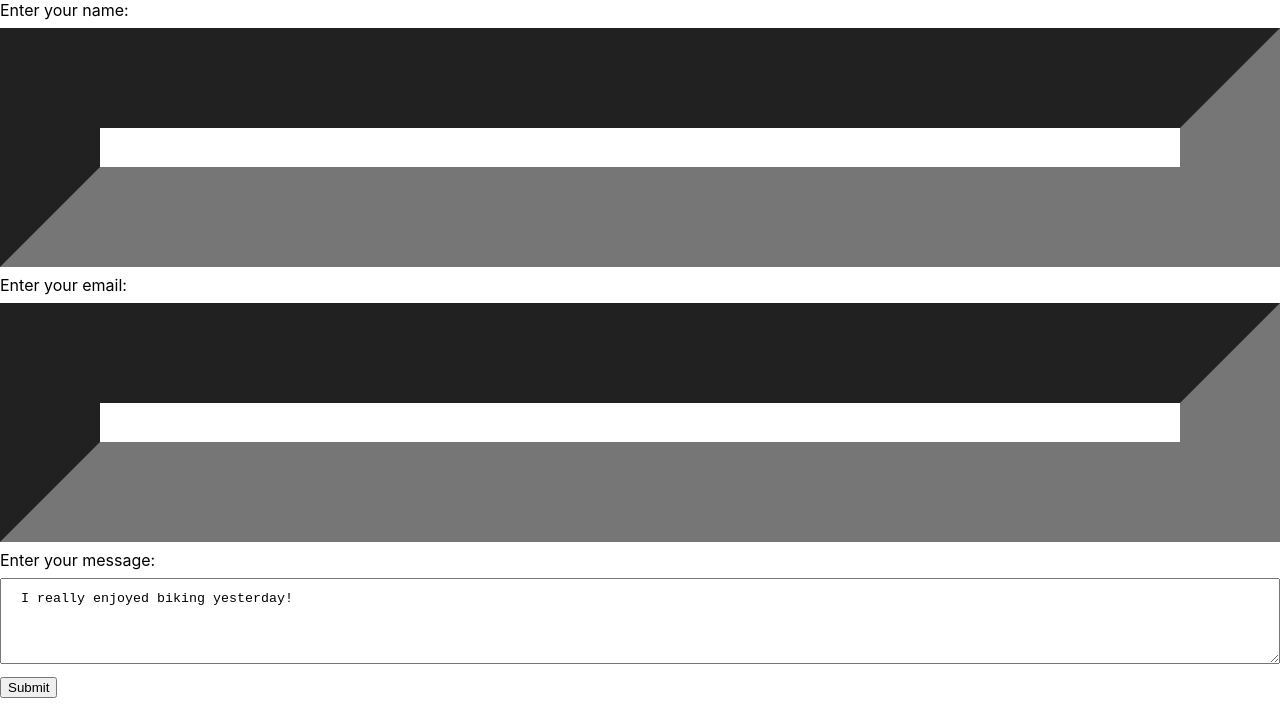
Repository: AddamVictorioDev/ProfileWebsite
Page: /form (app in con/)
These files come from the project's save history. The page is drawn as it stood at one moment and after the next save; the edit follows.
The browser window is 1280 px wide. The pictures show the whole page.
The project was rebuilt for these pictures with package versions that can differ from the ones it lists, and the page was loaded fresh each time. Also part of the build but not shown: con/src/App.css, con/src/home.css, con/src/home.js, con/src/addam.css, con/src/addam.js, con/src/usescripts.js, con/src/projects.js.

Above is the page before, as saved 2023-03-16 18:46:21.

### con/src/index.css
body {
  margin: 0;
  font-family: -apple-system, BlinkMacSystemFont, 'Segoe UI', 'Roboto', 'Oxygen',
    'Ubuntu', 'Cantarell', 'Fira Sans', 'Droid Sans', 'Helvetica Neue',
    sans-serif;
  -webkit-font-smoothing: antialiased;
  -moz-osx-font-smoothing: grayscale;
  /* background-image: url("/Users/addamvictorio/con/src/waterdropwallpp.jpg"); */
  /* background-color: #ffffff; */

}

code {
  font-family: source-code-pro, Menlo, Monaco, Consolas, 'Courier New',
    monospace;
}

### con/src/App.js
import logo from './logo.svg';
import './App.css';
import HomePage from './home';
import Addam from './addam';

import {
  BrowserRouter,
  Routes,
  Route
} from "react-router-dom";
import Projects from './projects';
import MyForm from './form';

function App() {

  return (

    <BrowserRouter>
      <Routes>


      <Route exact path="/" element={<Addam />}  />
      <Route path="projects" element={<Projects />} />
      <Route path="form" element={<MyForm />} />

      </Routes>


  </BrowserRouter>

  );
}

export default App;

### con/src/form.js
import { useState } from 'react';
import ReactDOM from 'react-dom/client';
import './form.css'

function MyForm() {
  const [inputs, setInputs] = useState({});
  const [textarea, setTextarea] = useState(
    "The content of a textarea goes in the value attribute"
  );

  const handleChange = (event) => {
    const name = event.target.name;
    const value = event.target.value;
    setInputs(values => ({...values, [name]: value}))
  }

  const handleSubmit = (event) => {
    event.preventDefault();
    alert(inputs);
  }

  return (
    <div className="center">
    <form onSubmit={handleSubmit}>
      <label>Enter your name:
      <input
        type="text"
        name="username"
        value={inputs.username || ""}
        onChange={handleChange}
      />
      </label>
      <label>Enter your email:
        <input
          type="text"
          name="age"
          value={inputs.age || ""}
          onChange={handleChange}
        />
        </label>
        <label>Enter your message:
        <textarea
        name="postContent"
        defaultValue="I really enjoyed biking yesterday!"
        rows={4}
        cols={40}
      />
        </label>

        <input type="submit" />
    </form>
    </div>
  )
}

export default MyForm;

### con/src/projects.css
.center{
    display: grid;
    justify-content: center;
    align-items: center;


}
.photo-grid {
    display: flex;
    height: 100%;

    border-radius: 10px;
    border-color: black;

    flex-wrap: wrap;
    justify-content: center;
    align-items: center;
    gap: 10px;
    background-color: blueviolet;
  }

  .photo-item {
    height: 100%;


    position: relative;




    overflow: auto;
  }

  img {
    width: 100%;
    height: 100%;


    object-fit: cover;
  }
  .img-text {
    position: absolute;
    width: 100%;
    bottom: 10px;

    color: white;
    background-color: rgb(199, 6, 6);
    padding: 10px;
  }

### con/src/form.css

.container{
    justify-content: center;
    align-items:center;
    background-color: aquamarine;
}

.center{
    display: grid;
    place-items: center;
    height: 600px;

}




input[type=text] {

    width: 100%;
    padding: 12px 20px;
    margin: 8px 0;
    box-sizing: border-box;
    border-width: 100px;
  }
  textarea {

    width: 100%;
    padding: 12px 20px;
    margin: 8px 0;
    box-sizing: border-box;
  }

Loaded but not shown: con/public/index.html (common file); con/src/index.js (common file); con/src/reportWebVitals.js (common file)

After the next save:
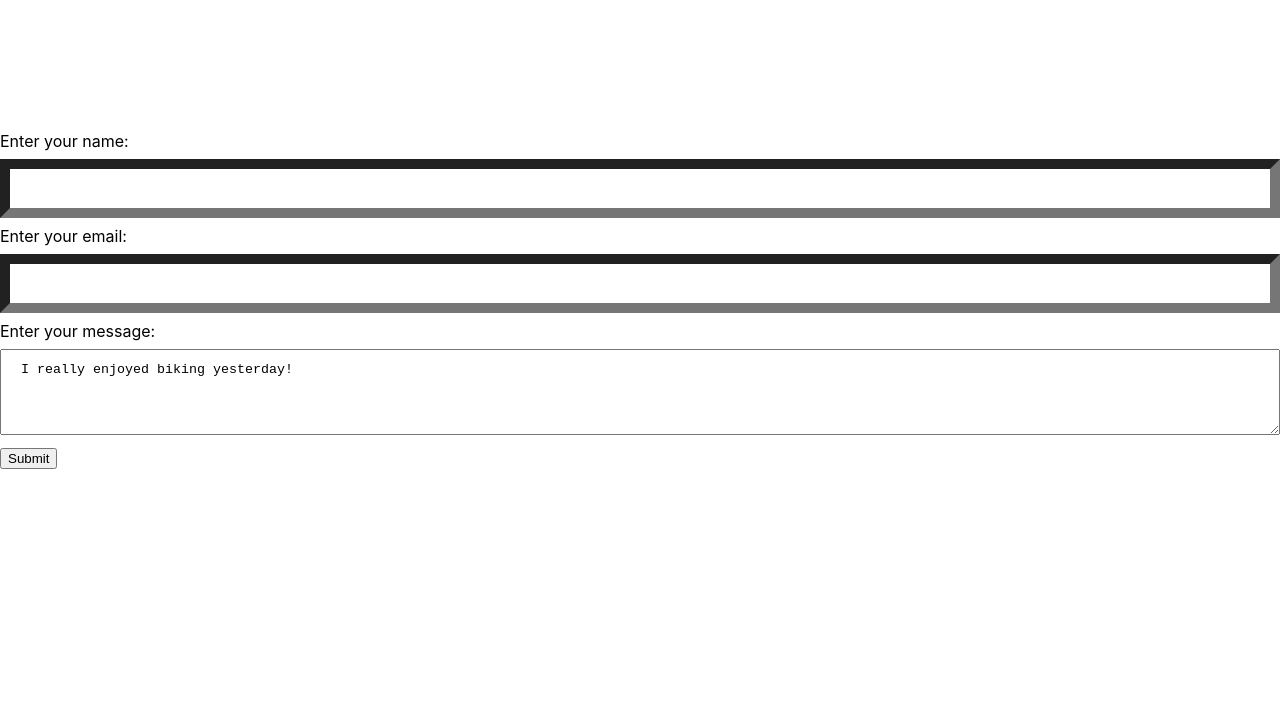
Saved 4 s later.
--- a/con/src/form.css
+++ b/con/src/form.css
@@ -21,7 +21,7 @@ input[type=text] {
     padding: 12px 20px;
     margin: 8px 0;
     box-sizing: border-box;
-    border-width: 100px;
+    border-width: 10px;
   }
   textarea {
 
